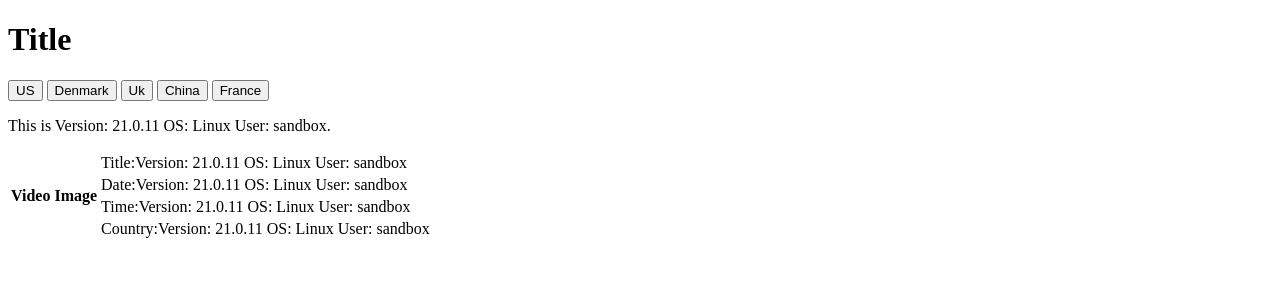
Repository: isauraAlmar/App-Engine-and-Internationalization-with-Java
Page: http://localhost/Marven/
These files come from the project's save history. The page is drawn as it stood at one moment and after the next save; the edit follows.
The browser window is 1280 px wide. The pictures show the whole page.
Some web fonts or font styles are not loaded; a fallback is used. The page is served by Tomcat 9.

Above is the page before, as saved 2017-05-05 08:35:47.

After the next save:
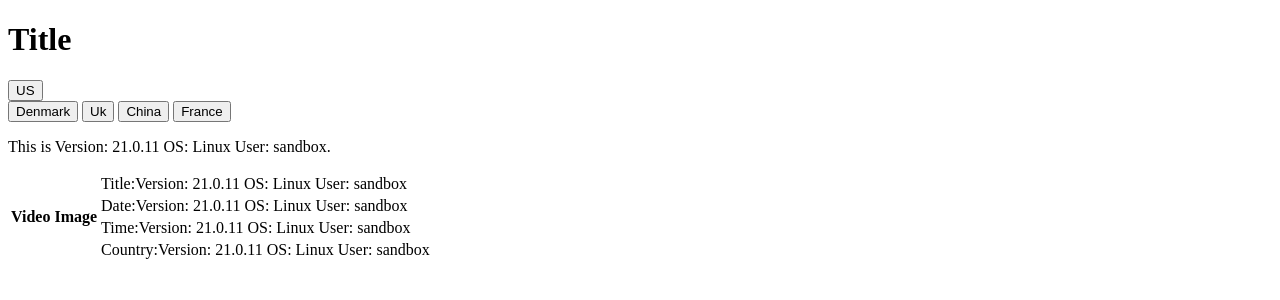
Saved 4 min 29 s later.
--- a/Marven/src/main/webapp/index.jsp
+++ b/Marven/src/main/webapp/index.jsp
@@ -28,8 +28,10 @@
 
     <h1> Title </h1>
 
+    <form acction = "/action_page.php" >
+    	<button type="submit" value="en_US">US</button>
+    </form>
 
-  	<button type="submit" value="en_US">US</button>
     <button type="submit" value="dk_DK">Denmark</button>
 	<button type="submit" value="uk_UK">Uk</button>
 	<button type="submit" value="us_US">China</button>
